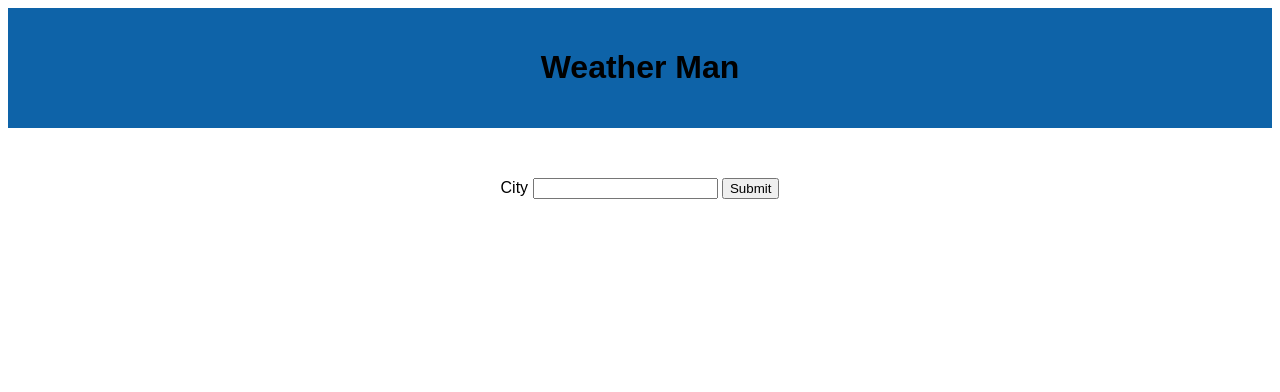
Repository: zackaroo20/Web-Assignment4-API
Page: index.html
These files come from the project's save history. The page is drawn as it stood at one moment and after the next save; the edit follows.
The browser window is 1280 px wide. The pictures show the whole page.

Above is the page before, as saved 2026-11-14 18:25:41.
Console error: TypeError: Cannot read properties of null (reading 'addEventListener')

### index.html
<!DOCTYPE html>
<html lang="en">
<head>
    <meta charset="UTF-8">
    <meta name="viewport" content="width=, initial-scale=1.0">
    <link rel="stylesheet" href="fancy.css">
    <title>Document</title>
</head>
<header>
 <h1>Weather Man</h1>
 </header>


<body>
    <script src="Brains.js"></script>

    <form action="brains.js" target="_top" method="post" id="userForm">

        <label for="city">City</label>

        <input type="text" name="city"/>
        <input type="submit">
    </form>




</body>
</html>

### fancy.css

header {
  background-color: #0e63a8;
  padding: 20px;
  text-align: center;
  margin-bottom: 50px;
}
body {
  font-family: Arial, sans-serif;
  padding: 20;
  text-align: center;
}

### Brains.js
"use strict";

function handleSumbit(event) {
    event.PreventDefault();







}
const form = document.getElementById('userForm');
form.addEventListener("submit", handleSubmit);

After the next save:
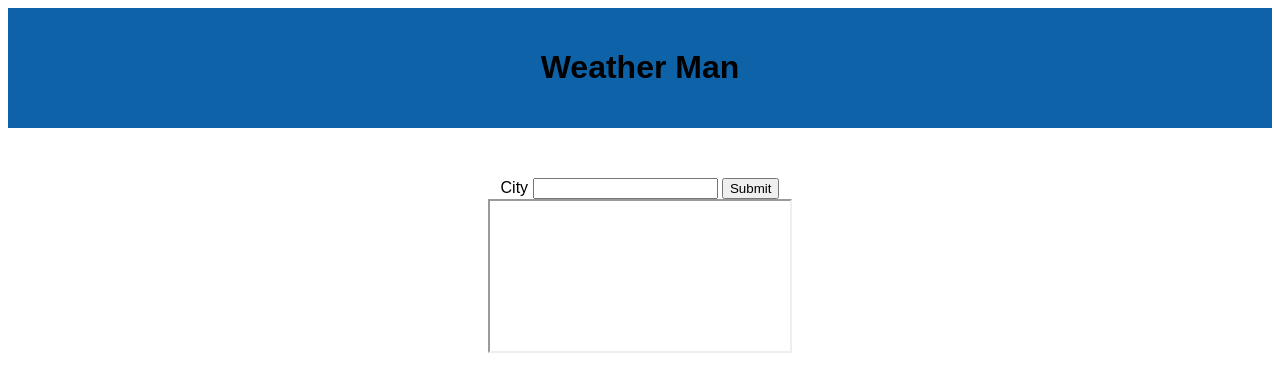
Saved 22 min 14 s later.
--- a/index.html
+++ b/index.html
@@ -14,7 +14,7 @@
 <body>
     <script src="Brains.js"></script>
 
-    <form action="brains.js" target="_top" method="post" id="userForm">
+    <form target="iframename" method="post" id="userForm">
 
         <label for="city">City</label>
 
@@ -22,6 +22,7 @@
         <input type="submit">
     </form>
 
+    <iframe name="iframe"></iframe>
 
 
 
